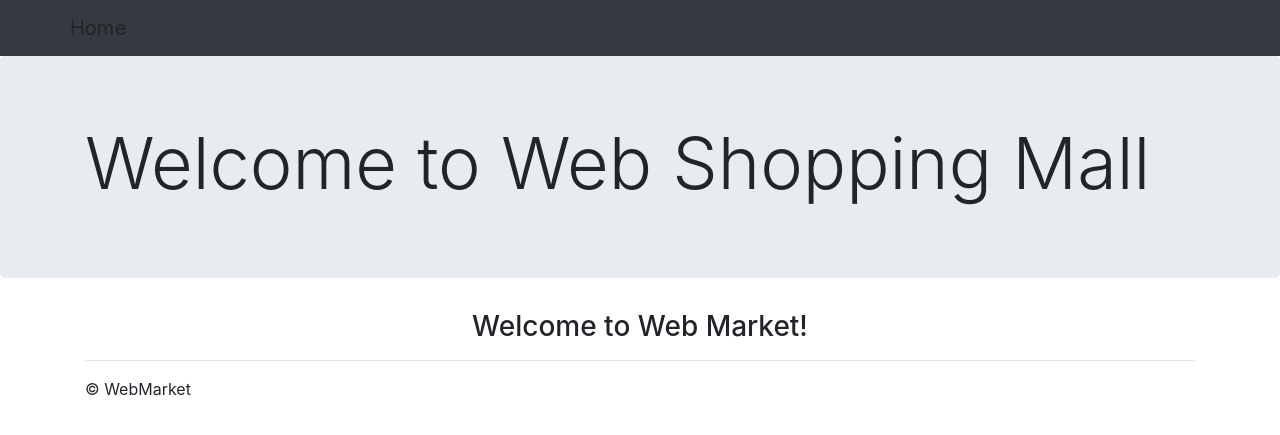
Repository: freedomseok8047/jsp
Page: http://localhost/WebMarket/welcome.jsp
The author's editor kept a copy of each file at every save. The page is drawn from the files as they stood at one save, then again after the next save.
The browser window is 1280 px wide. The pictures show the whole page.
The page is served by Tomcat 9.

Above is the page before, as saved 2023-08-22 05:33:15.

After the next save:
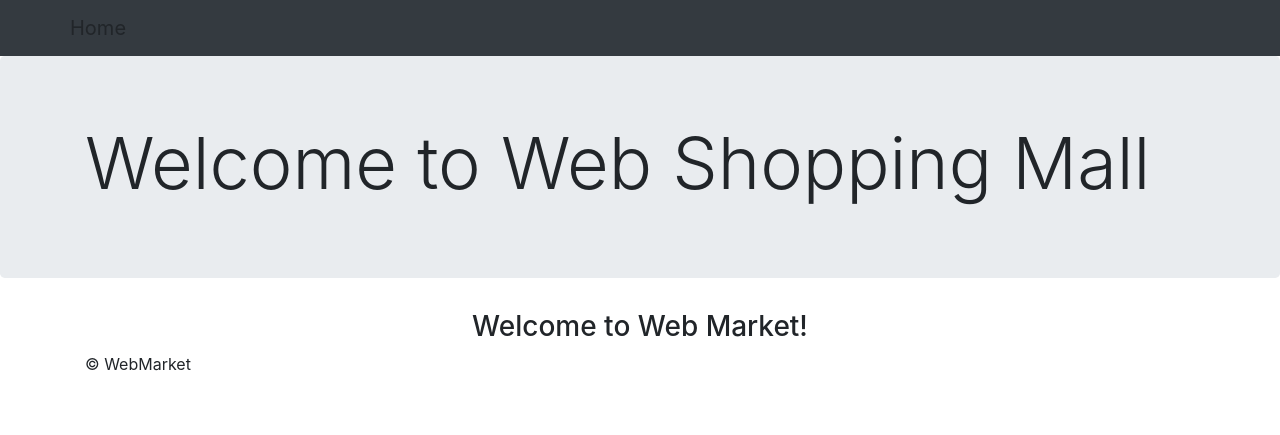
Saved 50 s later.
--- a/WebMarket/src/main/webapp/welcome.jsp
+++ b/WebMarket/src/main/webapp/welcome.jsp
@@ -34,7 +34,6 @@
 			<%=tagline%>
 			</h3>
 		</div>
-		<hr>
 	</div>
 	<footer class =  "container">
 	 <p>&copy; WebMarket</p>

After the save that followed:
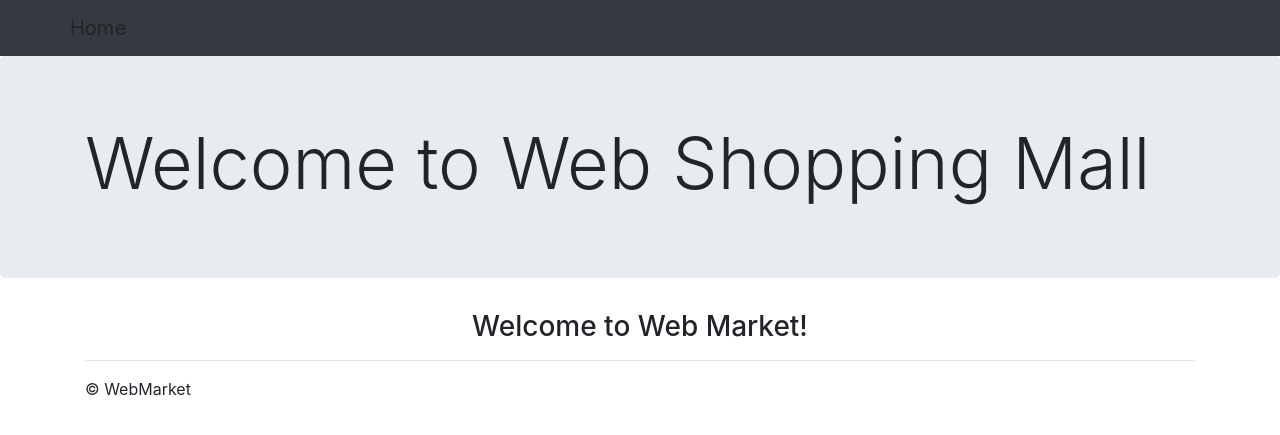
Saved 8 s later.
--- a/WebMarket/src/main/webapp/welcome.jsp
+++ b/WebMarket/src/main/webapp/welcome.jsp
@@ -34,6 +34,7 @@
 			<%=tagline%>
 			</h3>
 		</div>
+		<hr>
 	</div>
 	<footer class =  "container">
 	 <p>&copy; WebMarket</p>
